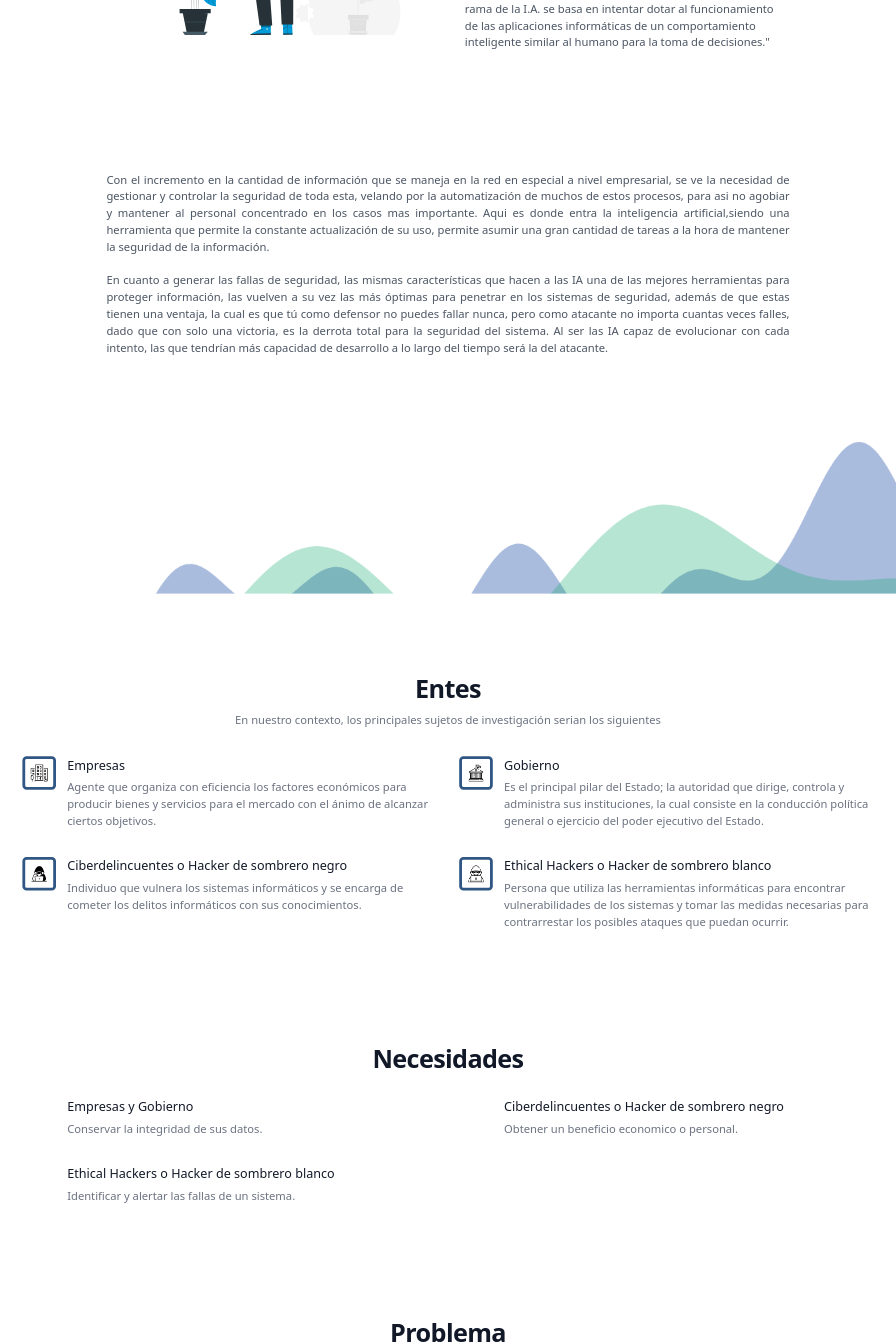
Repository: cardacar/fdi-2022
Page: /
These files come from the project's save history. The page is drawn as it stood at one moment and after the next save; the edit follows.
The browser window is 1280 px wide. The pictures show the part of the page from y = 2076 to 3996 px (the page is 7064 px tall before and 6992 px after), at 70% of full size.
The project was rebuilt for these pictures with package versions that can differ from the ones it lists, and the page was loaded fresh each time. The framework's server and built-in components were replaced by stand-ins that run in the browser. Also part of the build but not shown: next.config.js.

Above is the page before, as saved 2022-08-07 17:00:06.

### src/pages/index.tsx
import React from "react";

import About from "../components/About";
import Canvas from "../components/Canvas";
import Features from "../components/Features";
import Header from "../components/Header";
import LazyShow from "../components/LazyShow";
import MainHero from "../components/MainHero";
import MainHeroImage from "../components/MainHeroImage";
import Pricing from "../components/Pricing";
import Product from "../components/Product";
import Necesidad from "../components/Necesidad";
import Problema from "../components/Problema";
import Bibliografia from "../components/Bibliografia";

const App = () => {
  return (
    <div className={`bg-background grid gap-y-16 overflow-hidden`}>
      <div className={`relative bg-background`}>
        <div className="max-w-7xl mx-auto">
          <div
            className={`relative z-10 pb-8 bg-background sm:pb-16 md:pb-20 lg:max-w-2xl lg:w-full lg:pb-28 xl:pb-32`}
          >
            <Header />
            <MainHero />
          </div>
        </div>
        <MainHeroImage />
      </div>
      <Canvas />
      <LazyShow>
        <>
          <Product />
          <Canvas />
        </>
      </LazyShow>
      <LazyShow>
        <>
          <Features />
        </>
      </LazyShow>
      <LazyShow>
        <>
          <Necesidad />
        </>
      </LazyShow>

      <LazyShow>
        <>
          <Problema />
        </>
      </LazyShow>

      <LazyShow>
        <>
          <Bibliografia />
        </>
      </LazyShow>

      <LazyShow>
        <>
          <Canvas />

          <Pricing />
        </>
      </LazyShow>
      <LazyShow>
        <>
          <About />
        </>
      </LazyShow>
    </div>
  );
};

export default App;

### src/styles/main.css
@tailwind base;
@tailwind components;
@tailwind utilities;


:root {
  --color-primary: #11626D;
  --color-secondary: #1F9BAD;
  --color-tertiaty: #99a0a3;
}

a {
  @apply text-blue-800;
}

a:hover {
  @apply border-b-2 border-blue-900;
}



.content p {
  @apply my-6;
}

.content ul {
  @apply my-6;
}

### src/utils/AppConfig.ts
export const AppConfig = {
  site_name: 'FDICIA',
  title: 'Cómo influye la Inteligencia Artificial a la ciberseguridad en las empresas Colombianas',
  description: '',
  locale: 'es',
};

### src/components/About.tsx
import React from 'react';

import config from '../config/index.json';

const About = () => {
  const { company } = config;
  const { logo, name: companyName } = company;


  return (
    <div
      id="about"
      className="mx-auto container xl:px-20 lg:px-12 sm:px-6 px-4 py-12"
    >
      <div className="flex flex-col items-center justify-center">
        <div>
          <img src={logo} alt={companyName} className="w-16 h-16" style={{color: 'red'}}/>
        </div>
        <div className="flex items-center mt-6">
          <p className="mt-6 text-xs lg:text-sm leading-none text-gray-900 dark:text-gray-50">
            &copy; {new Date().getFullYear()} Diseñado por{' '}
            <a href="#" rel="nofollow">
              Equipo de Fundamentos de investigación
            </a>
          </p>
        </div>
      </div>
    </div>
  );
};
export default About;

### src/components/Canvas.tsx
import { useRef, FC, useEffect, useState } from 'react';

import { CanvasContext } from '../hooks/useCanvas';
import useResponsiveSize from '../hooks/useResponsiveSize';
import Wave from './Wave';

const Canvas: FC = () => {
  const canvasRef = useRef<HTMLCanvasElement>(null);
  const { width } = useResponsiveSize();
  const [context, setContext] = useState<
    CanvasRenderingContext2D | undefined
  >();

  useEffect(() => {
    const ctx = canvasRef?.current?.getContext('2d');
    if (ctx) setContext(ctx);
  }, []);

  return (
    <>
      <CanvasContext.Provider value={{ context }}>
        <canvas id="canvas" ref={canvasRef} width={width} height={220}></canvas>
        <Wave />
      </CanvasContext.Provider>
    </>
  );
};

export default Canvas;

### src/components/Features.tsx
import React from 'react';

import config from '../config/index.json';

const Features = () => {
  const { features } = config;
  const { title, subtitle, description, items: featuresList } = features;
  return (
    <div className={`py-12 bg-background`} id="features">
      <div className="max-w-7xl mx-auto px-4 sm:px-6 lg:px-8">
        <div className="lg:text-center">
          <h2
            className={`text-base text-primary font-semibold tracking-wide uppercase`}
          >
            {title}
          </h2>
          <p className="mt-2 text-3xl leading-8 font-extrabold tracking-tight text-gray-900 sm:text-4xl">
            {subtitle}
          </p>
          <p className="mt-4 max-w-2xl text-xl text-gray-500 lg:mx-auto">
            {description}
          </p>
        </div>

        <div className="mt-10">
          <dl className="space-y-10 md:space-y-0 md:grid md:grid-cols-2 md:gap-x-8 md:gap-y-10">
            {featuresList.map((feature) => (
              <div key={feature.name} className="relative">
                <dt>
                  <div
                    className={`absolute flex items-center justify-center h-12 w-12 rounded-md bg-background text-tertiary border-primary border-4`}
                  >
                    <img
                      className={`inline-block h-6 w-6`}
                      src={feature.icon}
                      alt={feature.name}
                    />
                  </div>
                  <p className="ml-16 text-lg leading-6 font-medium text-gray-900">
                    {feature.name}
                  </p>
                </dt>
                <dd className="mt-2 ml-16 text-base text-gray-500">
                  {feature.description}
                </dd>
              </div>
            ))}
          </dl>
        </div>
      </div>
    </div>
  );
};

export default Features;

### src/components/LazyShow.tsx
import React, { MutableRefObject, useEffect, useRef, useState } from 'react';

import { motion, useAnimation } from 'framer-motion';

function useOnScreen(
  ref: MutableRefObject<HTMLDivElement | null>,
  rootMargin = '0px'
) {
  const [isIntersecting, setIntersecting] = useState(false);

  useEffect(() => {
    let currentRef: any = null;
    const observer = new IntersectionObserver(
      ([entry]) => {
        if (entry?.isIntersecting) setIntersecting(entry?.isIntersecting);
      },
      {
        rootMargin,
      }
    );
    if (ref && ref?.current) {
      currentRef = ref.current;
      observer.observe(currentRef);
    }
    return () => {
      observer.unobserve(currentRef);
    };
  }, [ref, rootMargin]); // Empty array ensures that effect is only run on mount and unmount

  return isIntersecting;
}

const LazyShow = ({ children }: { children: React.ReactChild }) => {
  const controls = useAnimation();
  const rootRef = useRef<HTMLDivElement>(null);
  const onScreen = useOnScreen(rootRef);
  useEffect(() => {
    if (onScreen) {
      controls.start({
        x: 0,
        opacity: 1,
        transition: {
          duration: 0.5,
          ease: 'easeOut',
        },
      });
    }
  }, [onScreen, controls]);
  return (
    <motion.div
      className="lazy-div"
      ref={rootRef}
      initial={{ opacity: 0, x: -50 }}
      animate={controls}
    >
      {children}
    </motion.div>
  );
};

export default LazyShow;

### src/components/MainHero.tsx
import React from 'react';

import config from '../config/index.json';

const MainHero = () => {
  const { mainHero } = config;
  return (
    <main className="mt-10 mx-auto max-w-7xl px-4 sm:mt-12 sm:px-6 md:mt-16 lg:mt-20 lg:px-8 xl:mt-28">
      <div className="sm:text-center lg:text-left">
        <h1 className="text-4xl tracking-tight font-extrabold text-gray-900 sm:text-5xl md:text-6xl">
          <span className="block xl:inline">{mainHero.title}</span>{' '}
          <span className={`block text-primary xl:inline`}>
            {mainHero.subtitle}
          </span>
        </h1>
        <p className="mt-3 text-base text-gray-500 sm:mt-5 sm:text-lg sm:max-w-xl sm:mx-auto md:mt-5 md:text-xl lg:mx-0">
          {mainHero.description}
        </p>
      </div>
    </main>
  );
};

export default MainHero;

### src/components/Product.tsx
import React from "react";

import config from "../config/index.json";
import Divider from "./Divider";

const Product = () => {
  const { product } = config;
  const [firstItem, secondItem] = product.items;

  return (
    <section className={`bg-background py-8`} id="product">
      <div className={`container max-w-5xl mx-auto m-8`}>
        <h1
          className={`w-full my-2 text-5xl font-bold leading-tight text-center text-primary`}
        >
          {product.title.split(" ").map((word, index) => (
            <span
              key={index}
              className={index % 2 ? "text-primary" : "text-border"}
            >
              {word}{" "}
            </span>
          ))}
        </h1>
        <Divider />
        <div className={`flex flex-wrap`}>
          <div className={`w-5/6 sm:w-1/2 p-6 mt-20`}>
            <h3
              className={`text-3xl text-gray-800 font-bold leading-none mb-3`}
            >
              {firstItem?.title}
            </h3>
            <p className={`text-gray-600`}>{firstItem?.description}</p>
          </div>
          <div className={`w-full sm:w-1/2 p-6`}>
            <img
              className="h-6/6"
              src={firstItem?.img}
              alt={firstItem?.title}
            />
          </div>
        </div>
        <div className={`flex flex-wrap flex-col-reverse sm:flex-row`}>
          <div className={`w-full sm:w-1/2 p-6`}>
            <img
              className="h-6/6"
              src={secondItem?.img}
              alt={secondItem?.title}
            />
          </div>
          <div className={`w-full sm:w-1/2 p-6 mt-20`}>
            <div className={`align-middle`}>
              <h3
                className={`text-3xl text-gray-800 font-bold leading-none mb-3`}
              >
                {secondItem?.title}
              </h3>
              <p className={`text-gray-600 mb-8`}>{secondItem?.description}</p>
            </div>
          </div>
          <div className={`w-full p-6 mt-20 text-center`}>
            <div className={`align-middle`}>
              <h3
                className={`text-3xl text-gray-800 font-bold leading-none mb-3`}
              >
              </h3>
              <p className={`text-gray-600 mb-8 text-justify`}>
                Con el incremento en la cantidad de información que se maneja en
                la red en especial a nivel empresarial, se ve la necesidad de
                gestionar y controlar la seguridad de toda esta, velando por la
                automatización de muchos de estos procesos, para asi no agobiar
                y mantener al personal concentrado en los casos mas importante.
                Aqui es donde entra la inteligencia artificial,siendo una
                herramienta que permite la constante actualización de su uso,
                permite asumir una gran cantidad de tareas a la hora de mantener
                la seguridad de la información.<br></br><br></br> En cuanto a generar las fallas
                de seguridad, las mismas características que hacen a las IA una
                de las mejores herramientas para proteger información, las
                vuelven a su vez las más óptimas para penetrar en los sistemas
                de seguridad, además de que estas tienen una ventaja, la cual es
                que tú como defensor no puedes fallar nunca, pero como atacante
                no importa cuantas veces falles, dado que con solo una victoria,
                es la derrota total para la seguridad del sistema. Al ser las IA
                capaz de evolucionar con cada intento, las que tendrían más
                capacidad de desarrollo a lo largo del tiempo será la del
                atacante.
              </p>
            </div>
          </div>
        </div>
      </div>
    </section>
  );
};

export default Product;

### src/components/Necesidad.tsx
import React from 'react';

import config from '../config/index.json';

const Necesidad = () => {
  const { Necesidad } = config;
  const { title, subtitle, description, items: featuresList } = Necesidad;
  return (
    <div className={`py-12 bg-background`} id="necesidad">
      <div className="max-w-7xl mx-auto px-4 sm:px-6 lg:px-8">
        <div className="lg:text-center">
          <h2
            className={`text-base text-primary font-semibold tracking-wide uppercase`}
          >
            {title}
          </h2>
          <p className="mt-2 text-3xl leading-8 font-extrabold tracking-tight text-gray-900 sm:text-4xl">
            {subtitle}
          </p>
          <p className="mt-4 max-w-2xl text-xl text-gray-500 lg:mx-auto">
            {description}
          </p>
        </div>

        <div className="mt-10">
          <dl className="space-y-10 md:space-y-0 md:grid md:grid-cols-2 md:gap-x-8 md:gap-y-10">
            {featuresList.map((feature) => (
              <div key={feature.name} className="relative">
                <dt>
                  <p className="ml-16 text-lg leading-6 font-medium text-gray-900">
                    {feature.name}
                  </p>
                </dt>
                <dd className="mt-2 ml-16 text-base text-gray-500">
                  {feature.description}
                </dd>
              </div>
            ))}
          </dl>
        </div>
      </div>
    </div>
  );
};

export default Necesidad;

### src/components/Problema.tsx
import React from "react";
import config from "../config/index.json";

const Problema = () => {
  return (
    <div className={`py-12 bg-background`} id="problema">
      <div className="max-w-7xl mx-auto px-4 sm:px-6 lg:px-8">
        <div className="lg:text-center">
          <p className="mt-2 text-3xl leading-8 font-extrabold tracking-tight text-gray-900 sm:text-4xl">
            Problema
          </p>
        </div>
        <div className={`w-full p-6 mt-20 text-center`}>
            <div className={`align-middle`}>
              <h3
                className={`text-3xl text-gray-800 font-bold leading-none mb-3`}
              >
              </h3>
              <p className={`text-gray-600 mb-8 text-justify`}>
              En el año 2021 se presentaron 41 billones de intentos de ataques
            cibernéticos en el mundo y siete billones en Colombia. De acuerdo
            con el último informe presentado por la Fiscalía General de la
            Nación, en Colombia en el año 2021 el número de ataques cibernéticos
            aumentó en un 30%, comparado con el año anterior. Si bien, las
            compañías y entidades oficiales han venido trabajando fuertemente en
            estrategias tendientes a robustecer las medidas de ciberseguridad,
            estas no han sido suficientes, ya que casos como el secuestro de
            información o la afectación de datos a entidades, aún continúan
            presentándose y han ocasionado grandes pérdidas económicas para las
            organizaciones, ya que estas han tenido que efectuar cuantiosos
            pagos frente a este tipo extorsiones a los cibercriminales.
            <br></br>
            <br></br>
            Los cibercrímenes generan cada vez más rentabilidad para los
            atacantes y en este sentido, si no existen herramientas para
            contrarrestarlos y estar protegidos, seguirá creciendo la curva de
            ciberataques para empresas y entidades de gobierno.
              </p>
            </div>
          </div>
          <div className={`flex flex-wrap`}>


          <div className={`w-full sm:w-1/2 p-6`}>
            <img
              className="h-6/6"
              src={`${config.metrics[0]?.url}`}
              alt="#"
            />
          </div>
          <div className={`w-full sm:w-1/2 p-6`}>
            <img
              className="h-6/6"
              src={`${config.metrics[1]?.url}`}
              alt="#"
            />
          </div>
        </div>
      </div>
    </div>
  );
};

export default Problema;

### src/components/Wave.tsx
import { FC } from 'react';

import { useCanvasContext } from '../hooks/useCanvas';
import useResponsiveSize from '../hooks/useResponsiveSize';
import WaveObj from '../utils/wave';

const Wave: FC = () => {
  const { context } = useCanvasContext();
  const { width } = useResponsiveSize();
  const height = 600;
  let frequency = 0.013;
  const waves = {
    frontWave: new WaveObj([0.0211, 0.028, 0.015], 'rgb(44, 89, 171, 0.4)'),
    backWave: new WaveObj([0.0122, 0.018, 0.005], 'rgb(17, 169, 111, 0.3)'),
  };

  const render = () => {
    context?.clearRect(0, 0, width, height);
    Object.entries(waves).forEach(([, wave]) => {
      wave.draw(context!, width, height, frequency);
    });
    frequency += 0.013;
    requestAnimationFrame(render);
  };
  if (context) render();
  return null;
};

export default Wave;

Loaded but not shown: src/pages/_app.tsx (common file); src/pages/_document.tsx (common file); src/components/MainHeroImage.tsx (common file); src/hooks/useCanvas.ts (common file); src/hooks/useResponsiveSize.ts (common file); src/components/Divider.tsx (common file); src/utils/wave.ts (common file); src/config/index.json (134 lines, source omitted); tailwind.config.js (46 lines, source omitted); src/components/Pricing.tsx (156 lines, source omitted); src/components/Header.tsx (118 lines, source omitted); src/components/Bibliografia.tsx (67 lines, source omitted)

After the next save:
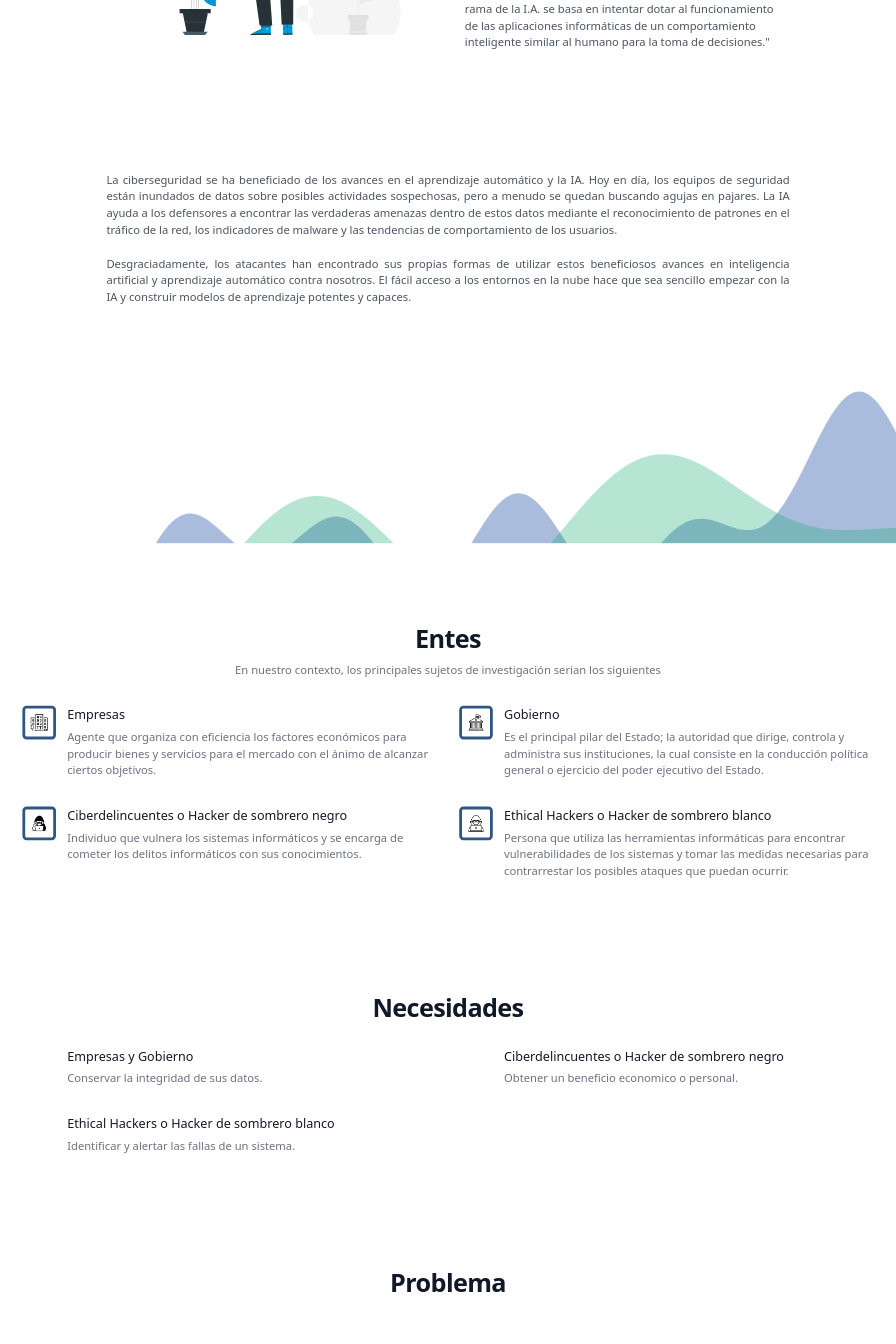
Saved 4 h 32 min later.
--- a/src/components/Product.tsx
+++ b/src/components/Product.tsx
@@ -62,28 +62,23 @@ const Product = () => {
             <div className={`align-middle`}>
               <h3
                 className={`text-3xl text-gray-800 font-bold leading-none mb-3`}
-              >
-              </h3>
+              ></h3>
               <p className={`text-gray-600 mb-8 text-justify`}>
-                Con el incremento en la cantidad de información que se maneja en
-                la red en especial a nivel empresarial, se ve la necesidad de
-                gestionar y controlar la seguridad de toda esta, velando por la
-                automatización de muchos de estos procesos, para asi no agobiar
-                y mantener al personal concentrado en los casos mas importante.
-                Aqui es donde entra la inteligencia artificial,siendo una
-                herramienta que permite la constante actualización de su uso,
-                permite asumir una gran cantidad de tareas a la hora de mantener
-                la seguridad de la información.<br></br><br></br> En cuanto a generar las fallas
-                de seguridad, las mismas características que hacen a las IA una
-                de las mejores herramientas para proteger información, las
-                vuelven a su vez las más óptimas para penetrar en los sistemas
-                de seguridad, además de que estas tienen una ventaja, la cual es
-                que tú como defensor no puedes fallar nunca, pero como atacante
-                no importa cuantas veces falles, dado que con solo una victoria,
-                es la derrota total para la seguridad del sistema. Al ser las IA
-                capaz de evolucionar con cada intento, las que tendrían más
-                capacidad de desarrollo a lo largo del tiempo será la del
-                atacante.
+                La ciberseguridad se ha beneficiado de los avances en el
+                aprendizaje automático y la IA. Hoy en día, los equipos de
+                seguridad están inundados de datos sobre posibles actividades
+                sospechosas, pero a menudo se quedan buscando agujas en pajares.
+                La IA ayuda a los defensores a encontrar las verdaderas amenazas
+                dentro de estos datos mediante el reconocimiento de patrones en
+                el tráfico de la red, los indicadores de malware y las
+                tendencias de comportamiento de los usuarios.
+                <br></br>
+                <br></br>
+                Desgraciadamente, los atacantes han encontrado sus propias
+                formas de utilizar estos beneficiosos avances en inteligencia
+                artificial y aprendizaje automático contra nosotros. El fácil
+                acceso a los entornos en la nube hace que sea sencillo empezar
+                con la IA y construir modelos de aprendizaje potentes y capaces.
               </p>
             </div>
           </div>
